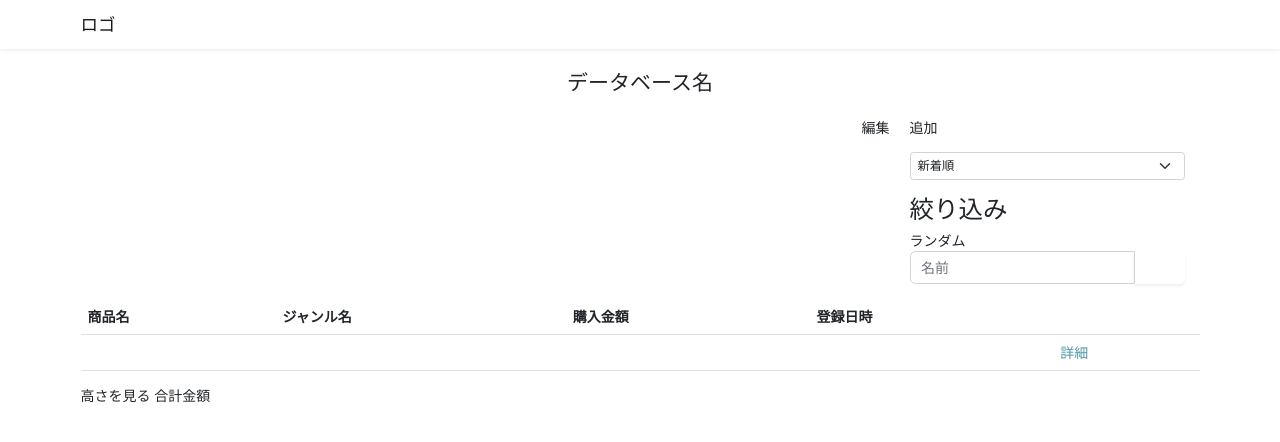
Repository: masa1228ew/original
Page: http://localhost/data/index
These files come from the project's save history. The page is drawn as it stood at one moment and after the next save; the edit follows.
The browser window is 1280 px wide. The pictures show the whole page.
The page is this project's Thymeleaf template; nobody is signed in. The template is opened directly, without the code that normally fills it, so the values that code supplies are empty.

Above is the page before, as saved 2025-01-15 02:07:22.

### original/original/src/main/resources/templates/data/index.html
<!DOCTYPE html>
<html xmlns:th="https://www.thymeleaf.org">
	<head>
<!--		  <div th:replace="~{fragment :: meta}"></div>   -->
 <meta charset="UTF-8">
       <meta name="viewport" content="width=device-width, initial-scale=1">
        <link href="https://cdn.jsdelivr.net/npm/bootstrap@5.2.3/dist/css/bootstrap.min.css" rel="stylesheet" integrity="sha384-rbsA2VBKQhggwzxH7pPCaAqO46MgnOM80zW1RWuH61DGLwZJEdK2Kadq2F9CUG65" crossorigin="anonymous">
           <link th:href="@{/css/style.css}" rel="stylesheet" >
		<title>データベース</title>
	</head>

	<body>
		<div class="wrapper">
			<nav class="navbar navbar-expand-md navbar-light bg-white shadow-sm ">
               <div class="container ">
                   <a class="navbar-brand" th:href="@{/}">
                       ロゴ
                   </a>
               </div>
           </nav>
			<main>
				<div class="container pt-4 pb-5">
					<div class="d-flex justify-content-center">
					<h1>データベース名</h1>

					</div>
					<div class=right>
				<div>
					<p>編集</p>
				</div>
					<div>
						<p>追加</p>
						<form method="get" class="mb-3 samuraitravel-sort-box">
                                     <input  type="hidden" name="keyword" >
                                     <input  type="hidden" name="area" >
                                     <input  type="hidden" name="price" >
                                     <select class="form-select form-select-sm" name="order" onChange="this.form.submit();">
                                         <option value="createdAtDesc" >新着順</option>
                                         <option value="priceAsc">宿泊料金が安い順</option>
                                     </select>
                                 </form>
                                 <h3>絞り込み</h3>
                                 <a>ランダム</a>
                                   <div class="input-group">
                                     <input type="text" class="form-control" name="keyword"  placeholder="名前">
                                     <button type="submit" class="btn text-white shadow-sm">検索</button>
                                 </div>
					</div>
					</div>

					<table class="table">
                               <thead>
                                   <tr>
                                       <th scope="col">商品名</th>
                                       <th scope="col">ジャンル名</th>
                                       <th scope="col">購入金額</th>
                                       <th scope="col">登録日時</th>
                                       <th scope="col"></th>
                                   </tr>
                               </thead>
                               <tbody>
                                   <tr >
                                       <td ></td>
                                        <td ></td>
                                         <td ></td>
                                          <td ></td>
                                       <td><a href="#">詳細</a></td>
                                   </tr>
                               </tbody>
                           </table>
                          <div>
                           <a>高さを見る</a>
                           <a>合計金額</a>
                          </div>
				</div>
			</main>
		</div>
	</body>
</html>

### original/original/src/main/resources/static/css/style.css
html {
 font-size: 14px;
}

@media (max-width: 768px) {
    .navbar-collapse {
        display: block !important;
        max-height: 0;
        overflow: hidden;
        transition: max-height 0.3s ease-in-out;
    }

     select[name="categoryId"] {
    flex-grow: 1;
    width: 100%;
  }

}

    .navbar-collapse.show {
        max-height: 500px; /* 必要に応じて調整 */
    }
}

body {
 font-family: 'Noto Sans JP', sans-serif;
}

h1 {
 font-size: 1.5rem;
}

a {
 color: #5196a6;
 text-decoration: none !important;
}

a:hover {
   color: #407784;
}

.wrapper {
 min-height: 100vh;
 position: relative;
 padding-bottom: 60px;
 box-sizing: border-box;
}

.right{
	display: flex;
	justify-content: flex-end;
	padding: 5px;

}

.right>div{

    padding: 5px;

    margin: 5px;
}

.btn-color{
	background-color: gray;
}

After the next save:
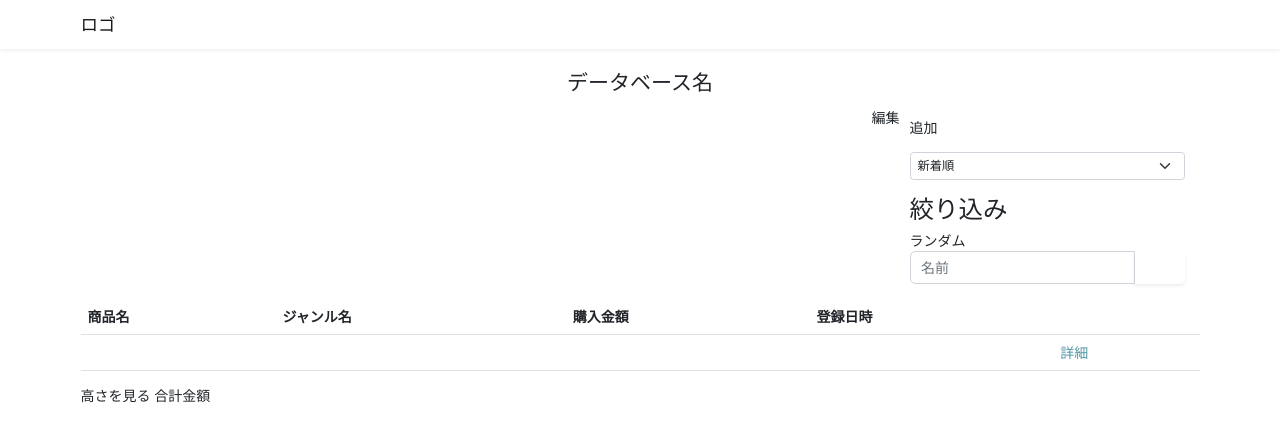
Saved 26 s later.
--- a/original/original/src/main/resources/templates/data/index.html
+++ b/original/original/src/main/resources/templates/data/index.html
@@ -25,9 +25,9 @@
 
 					</div>
 					<div class=right>
-				<div>
+
 					<p>編集</p>
-				</div>
+
 					<div>
 						<p>追加</p>
 						<form method="get" class="mb-3 samuraitravel-sort-box">
